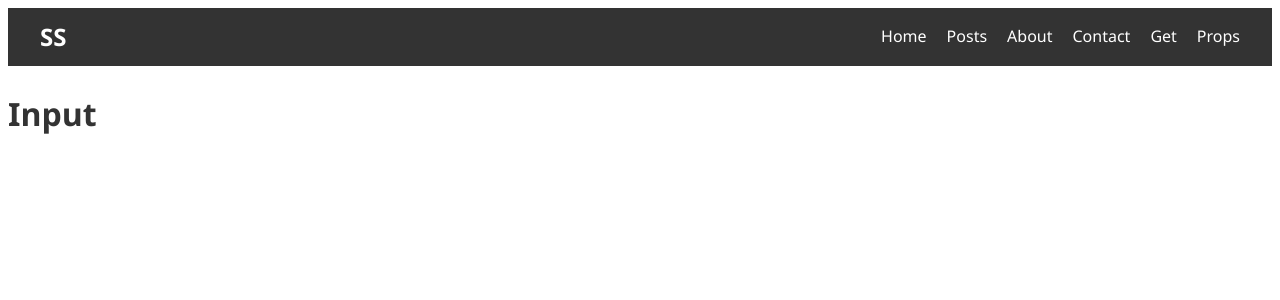
Repository: sshaiv/react_learn
Page: /input
An editor plug-in stored every save of this project. The page is shown before and after the next save, followed by the edit.
The browser window is 1280 px wide. The pictures show the whole page.
The project was rebuilt for these pictures with package versions that can differ from the ones it lists, and the page was loaded fresh each time. Also part of the build but not shown: src/components/Home.js, src/components/About.js, src/components/Contact.js, src/utils/data.js, src/components/Posts.js, src/components/PostDetails.js, src/components/Get.js, src/components/Users.js and 1 more.

Above is the page before, as saved 2024-07-06 18:26:26.

### src/App.js
import React from "react";
import { BrowserRouter, Routes, Route } from "react-router-dom";
import Home from "./components/Home";
import About from "./components/About";
import Contact from "./components/Contact";
import Posts from "./components/Posts";
import PostDetails from "./components/PostDetails";
import Navbar from "./components/Navbar";
// import Footer from "./components/Footer";
import Get from './components/Get'
import Users from './components/Users'
import Props from './components/Props'
import Input from './components/Input'


const App = () => {
  return (
    <BrowserRouter>
      <Navbar />
      <Routes>
        <Route path='/' element={<Home />} />
        <Route path='/about' element={<About />} />
        <Route path='/contact' element={<Contact />} />
        <Route path='/posts' element={<Posts />} />
        <Route path='/get' element={<Get />} />
        <Route path='/Users' element={<Users />} />
        <Route path='/Props' element={<Props name={'shraddha'}/>} />
        <Route path='/input' element={<Input />} />
        <Route path='/posts/:postId' element={<PostDetails />} />
      </Routes>
      {/* <Footer/> */}
    </BrowserRouter>
  );
};

export default App;

### src/components/Navbar.js
import React from "react";
import { Link } from "react-router-dom";
import "./Home.css"; // Import CSS file for styling

const Navbar = () => {
  return (
    <nav className="navbar">
      <div className="container">
        <h1 className="logo">
          <Link to="/">SS</Link>
        </h1>
        <ul className="nav-links">
          <li>
            <Link to="/">Home</Link>
          </li>
          <li>
            <Link to="/posts">Posts</Link>
          </li>
          <li>
            <Link to="/about">About</Link>
          </li>
          <li>
            <Link to="/contact">Contact</Link>
          </li>
          <li>
            <Link to="/get">Get</Link>
          </li>
          <li>
            <Link to="/props">Props</Link>
          </li>
        </ul>
      </div>
    </nav>
  );
};

export default Navbar;

### src/components/Input.js
function Input() {
  return (
    <div>
      <h1>Input</h1>
    </div>
  );
}

export default Input;

### src/components/Home.css
/* Navbar container */
*{
    scrollbar-width: none;

}

.navbar {
    background-color: #333; /* Dark background */
    color: #fff; /* Light text color */
    padding: 10px 0;
  }

  /* Container for centering content */
  .navbar .container {
    display: flex;
    justify-content: space-between;
    align-items: center;
    max-width: 1200px; /* Adjust as needed */
    margin: 0 auto;
    padding: 0 20px;
  }

  /* Logo link */
  .navbar .logo {
    font-size: 1.5rem;
    margin: 0;
  }

  .navbar .logo a {
    color: #fff;
    text-decoration: none;
  }

  /* Navigation links */
  .navbar .nav-links {
    list-style-type: none;
    display: flex;
    margin: 0;
    padding: 0;
  }

  .navbar .nav-links li {
    margin-right: 20px;
  }

  .navbar .nav-links li:last-child {
    margin-right: 0;
  }

  .navbar .nav-links li a {
    color: #fff;
    text-decoration: none;
    font-size: 1rem;
    transition: color 0.3s ease;
  }

  .navbar .nav-links li a:hover {
    color: #ffc107; /* Change color on hover */
  }

  .home {
    background-image: url("https://images.unsplash.com/photo-1470770841072-f978cf4d019e?crop=entropy&cs=tinysrgb&fit=max&fm=jpg&ixid=MnwzNjUyOXwwfDF8c2VhcmNofDEzfHxuYXR1cmV8ZW58MHx8fHwxNjM2MDk3MDQz&ixlib=rb-1.2.1&q=80&w=400"); /* Example background image */
    background-size: cover;
    background-position: center;
    color: #fff;
    padding: 100px 0; /* Adjust padding as needed */
    text-align: center;
  }

  .home .container {
    max-width: 800px;
    margin: 0 auto;
    padding: 20px;
  }

  .home h1 {
    font-size: 3rem;
    margin-bottom: 20px;
  }

  .home p {
    font-size: 1.2rem;
    line-height: 1.6;
  }

  .home .btn {
    background-color: #4caf50; /* Green button */
    color: #fff;
    padding: 10px 20px;
    font-size: 1rem;
    border: none;
    cursor: pointer;
    transition: background-color 0.3s ease;
  }

  .home .btn:hover {
    background-color: #45a049; /* Darker green on hover */
  }

  .footer {
    background-color: #333; /* Dark background */
    color: #fff;
    padding: 20px 0;
    text-align: center;
  }

  .footer .container {
    max-width: 1200px;
    margin: 0 auto;
    padding: 0 20px;
  }

  .footer p {
    margin: 0;
    font-size: 1rem;
  }

  .footer .social-links {
    margin-top: 10px;
  }

  .footer .social-links a {
    color: #fff;
    text-decoration: none;
    margin: 0 10px;
    font-size: 1.2rem;
  }

  .footer .social-links a:hover {
    text-decoration: underline;
  }


/* Posts Container */
.posts-container {
    max-width: 800px;
    margin: 0 auto;
    padding: 20px;
  }




  .about-container {
    max-width: 800px;
    margin: 0 auto;
    padding: 20px;
  }

  .about-content {
    background-color: #f9f9f9;
    border: 1px solid #ccc;
    border-radius: 5px;
    padding: 20px;
  }

  .about-content h1 {
    font-size: 2.5rem;
    margin-bottom: 20px;
  }

  .about-content p {
    font-size: 1.2rem;
    line-height: 1.6;
    margin-bottom: 15px;
  }



  .contact-form-container {
    max-width: 600px;
    margin: 50px auto; /* Centering the form */
    padding: 30px;
    background-color: #f5f5f5;
    border: 1px solid #ddd;
    border-radius: 8px;
    box-shadow: 0 2px 4px rgba(0, 0, 0, 0.1);
  }

  .contact-form-container h2 {
    font-size: 2.5rem;
    margin-bottom: 20px;
    color: #333;
    text-align: center;
  }

  .form-group {
    margin-bottom: 20px;
  }

  label {
    font-size: 1.2rem;
    margin-bottom: 8px;
    color: #555;
  }

  input[type="text"],
  input[type="email"],
  textarea {
    width: 100%;
    padding: 12px;
    font-size: 1.2rem;
    border: 1px solid #ccc;
    border-radius: 5px;
  }

  textarea {
    resize: vertical;
    min-height: 150px;
  }

  button {
    padding: 12px 24px;
    background-color: #007bff;
    color: #fff;
    border: none;
    border-radius: 5px;
    font-size: 1.2rem;
    cursor: pointer;
    transition: background-color 0.3s ease;
  }

  button:hover {
    background-color: #0056b3;
  }


  /* Color Palette */
:root {
    --primary-color: #007bff; /* Primary color for links and buttons */
    --secondary-color: #0056b3; /* Darker shade for hover effects */
    --text-color: #333; /* Main text color */
    --text-light-color: #666; /* Lighter text color */
    --bg-color: #f9f9f9; /* Background color */
    --border-color: #e0e0e0; /* Border color */
  }

  /* Font Styling */
  body {
    font-family: 'Segoe UI', Tahoma, Geneva, Verdana, sans-serif;
    color: var(--text-color);
    line-height: 1.6;
  }
  .posts-container h1{
    position: relative;
    left: 250px;
  }
  /* Individual Post */
  .post {
    max-width: 600px;

    margin: 0 auto 20px;
    padding: 20px;
    border: 1px solid var(--border-color);
    border-radius: 8px;
    background-color: #fff;
    box-shadow: 0 2px 4px rgba(0, 0, 0, 0.1);
  }

  .post h2 {
    font-size: 2rem;
    margin-bottom: 15px;
    color: var(--primary-color);
  }

  .post img {
    display: block;
    max-width: 100%;
    height: 250px;
    margin-bottom: 15px;
    border-radius: 8px;
    box-shadow: 0 2px 4px rgba(0, 0, 0, 0.1);
  }

  .post p {
    font-size: 1.2rem;
    line-height: 1.6;
    color: var(--text-light-color);
  }

  .post-link {
    display: block;
    text-decoration: none;
    color: var(--primary-color);
    font-weight: bold;
    transition: color 0.3s ease;
  }

  .post-link:hover {
    color: var(--secondary-color);
  }

/* Post Details Container */
.post-details-container {
    max-width: 600px; /* Reduced max-width for a smaller container */
    margin: 20px auto;
    padding: 20px; /* Reduced padding to make it more compact */
    background-color: #fff;
    border: 1px solid var(--border-color);
    border-radius: 8px;
    box-shadow: 0 4px 8px rgba(0, 0, 0, 0.1);
  }

  .post-details h1 {
    font-size: 1.8rem; /* Slightly reduced font size for heading */
    margin-bottom: 15px; /* Adjusted margin for heading */
    color: var(--primary-color); /* Adjusted primary color for heading */
    text-align: center;
  }

  .post-details img {
    max-width: 100%; /* Ensures images fit within container */
    height: auto; /* Maintains aspect ratio */
    margin-bottom: 10px;
    border-radius: 8px; /* Rounded corners for images */
    box-shadow: 0 2px 4px rgba(0, 0, 0, 0.1);
  }

  .post-details p {
    font-size: 1.2rem; /* Reduced font size for paragraphs */
    line-height: 1.6; /* Adjusted line height */
    color: var(--text-color);
    text-align: justify;
    margin-bottom: 10px; /* Adjusted margin between paragraphs */
  }

  .post-details p:last-child {
    margin-bottom: 0;
  }

  /* Post Details Container */
.post-details-container {
    max-width: 500px; /* Reduced max-width for a smaller container */
    margin: 10px auto; /* Reduced margin for tighter spacing */
    padding: 15px; /* Reduced padding for more compact layout */
    background-color: #fff;
    border: 1px solid var(--border-color);
    border-radius: 6px;
    box-shadow: 0 2px 4px rgba(0, 0, 0, 0.1);
  }

  .post-details h1 {
    font-size: 1.6rem; /* Smaller font size for heading */
    margin-bottom: 10px; /* Reduced margin for heading */
    color: var(--primary-color); /* Adjusted primary color for heading */
    text-align: center;
  }

  .post-details img {
    max-width: 100%; /* Ensures images fit within container */
    height: auto; /* Maintains aspect ratio */
    margin-bottom: 8px; /* Reduced margin bottom for images */
    border-radius: 6px; /* Rounded corners for images */
    box-shadow: 0 1px 2px rgba(0, 0, 0, 0.1);
  }

  .post-details p {
    font-size: 1.1rem; /* Smaller font size for paragraphs */
    line-height: 1.5; /* Tighter line height for paragraphs */
    color: var(--text-color);
    text-align: justify;
    margin-bottom: 8px; /* Reduced margin between paragraphs */
  }

  .post-details p:last-child {
    margin-bottom: 0;
  }


  /* Contact Form */
  .contact-form-container {
    max-width: 600px;
    margin: 50px auto;
    padding: 30px;
    background-color: #f5f5f5;
    border: 1px solid var(--border-color);
    border-radius: 8px;
    box-shadow: 0 2px 4px rgba(0, 0, 0, 0.1);
  }

  .contact-form-container h2 {
    font-size: 2.5rem;
    margin-bottom: 20px;
    color: var(--text-color);
    text-align: center;
  }

  .form-group {
    margin-bottom: 20px;
  }

  label {
    font-size: 1.2rem;
    margin-bottom: 8px;
    color: var(--text-color);
  }

  input[type="text"],
  input[type="email"],
  textarea {
    width: 100%;
    padding: 12px;
    font-size: 1.2rem;
    border: 1px solid var(--border-color);
    border-radius: 5px;
  }

  textarea {
    resize: vertical;
    min-height: 150px;
  }

  button {
    padding: 12px 24px;
    background-color: var(--primary-color);
    color: #fff;
    border: none;
    border-radius: 5px;
    font-size: 1.2rem;
    cursor: pointer;
    transition: background-color 0.3s ease;
  }

  button:hover {
    background-color: var(--secondary-color);
  }

Loaded but not shown: public/index.html (common file); src/index.js (common file)

After the next save:
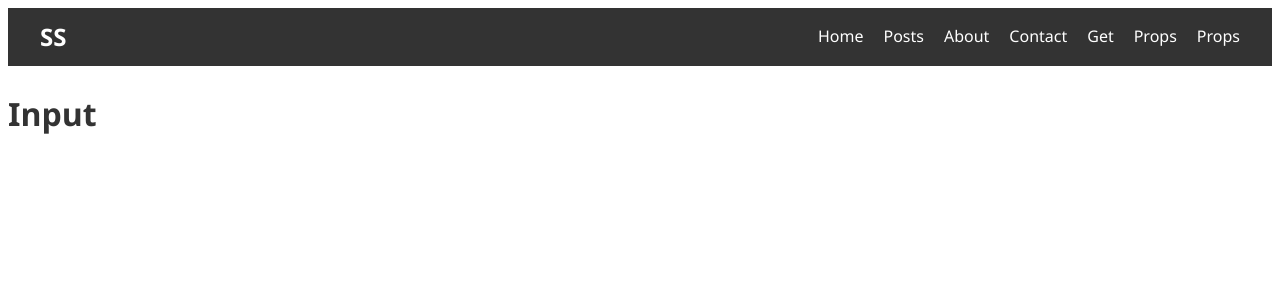
Saved 39 s later.
--- a/src/components/Navbar.js
+++ b/src/components/Navbar.js
@@ -28,6 +28,9 @@ const Navbar = () => {
           <li>
             <Link to="/props">Props</Link>
           </li>
+          <li>
+            <Link to="/props">Props</Link>
+          </li>
         </ul>
       </div>
     </nav>
